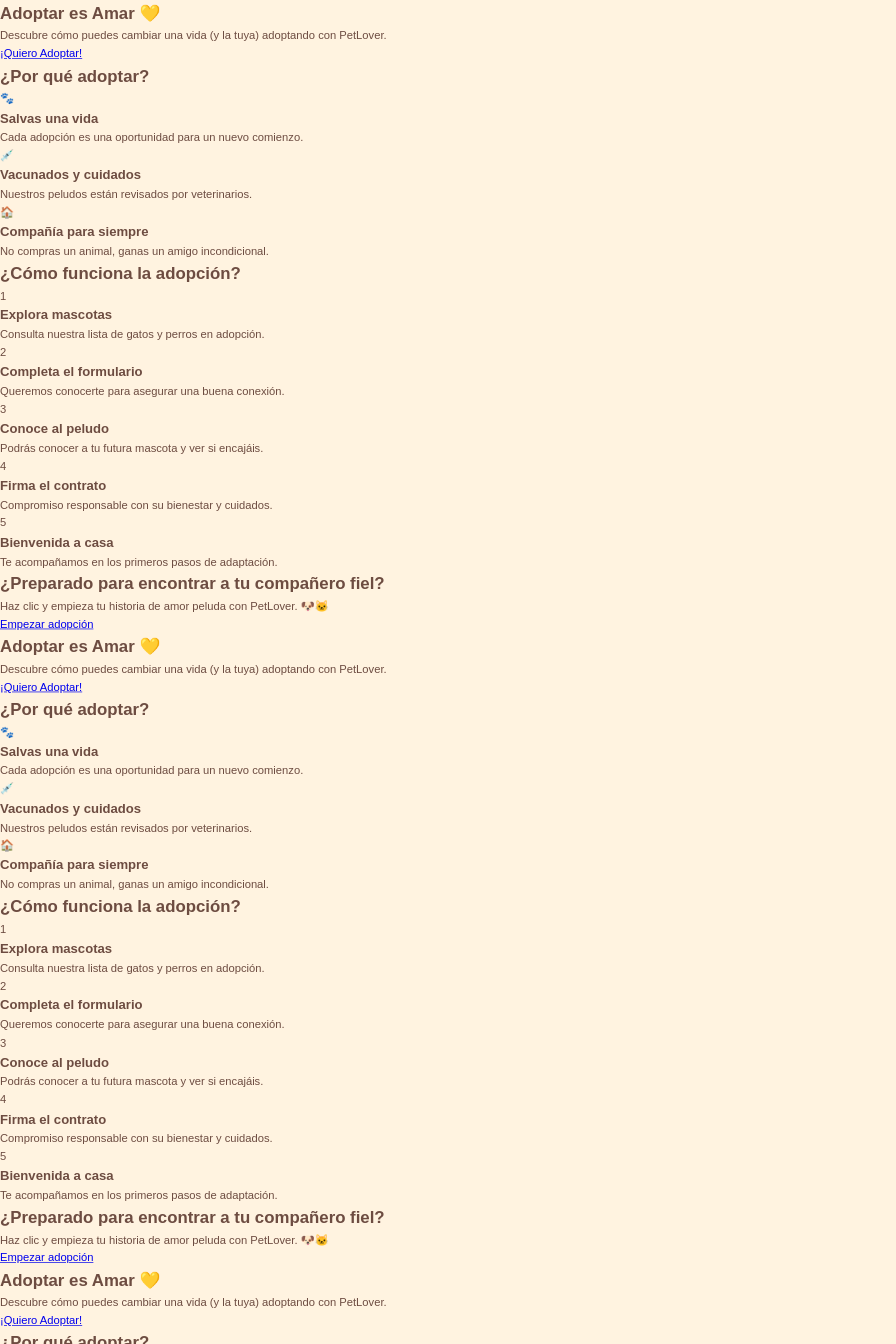
Repository: adriarodrisan/PetLover
Page: Paginas_web/Como_Adoptar.html
These files come from the project's save history. The page is drawn as it stood at one moment and after the next save; the edit follows.
The browser window is 1280 px wide. The pictures show the part of the page from y = 0 to 1920 px (the page is 2715 px tall before and 3075 px after), at 70% of full size.

Above is the page before, as saved 2025-05-07 14:08:35.

### Paginas_web/Como_Adoptar.html
<!DOCTYPE html>
<html lang="en">
<head>
    <meta charset="UTF-8">
    <meta name="viewport" content="width=device-width, initial-scale=1.0">
    <title>Cómo Adoptar | PetLover</title>
    <link rel="stylesheet" href="/Paginas_web/Css_Paginas/Como_Adoptar.css">
</head>
<body>
    <section class="hero-adopcion">
        <div class="contenedor-hero">
          <h1>Adoptar es Amar 💛</h1>
          <p>Descubre cómo puedes cambiar una vida (y la tuya) adoptando con PetLover.</p>
          <a href="#pasos" class="btn-hero">¡Quiero Adoptar!</a>
        </div>
      </section>
      <section class="bloques-beneficios">
        <h2>¿Por qué adoptar?</h2>
        <div class="grid-beneficios">
          <div class="card-beneficio">🐾 <h3>Salvas una vida</h3><p>Cada adopción es una oportunidad para un nuevo comienzo.</p></div>
          <div class="card-beneficio">💉 <h3>Vacunados y cuidados</h3><p>Nuestros peludos están revisados por veterinarios.</p></div>
          <div class="card-beneficio">🏠 <h3>Compañía para siempre</h3><p>No compras un animal, ganas un amigo incondicional.</p></div>
        </div>
      </section>
      <section class="seccion-pasos" id="pasos">
        <h2>¿Cómo funciona la adopción?</h2>
        <div class="pasos-flex">
          <div class="paso-item">
            <span>1</span>
            <h3>Explora mascotas</h3>
            <p>Consulta nuestra lista de gatos y perros en adopción.</p>
          </div>
          <div class="paso-item">
            <span>2</span>
            <h3>Completa el formulario</h3>
            <p>Queremos conocerte para asegurar una buena conexión.</p>
          </div>
          <div class="paso-item">
            <span>3</span>
            <h3>Conoce al peludo</h3>
            <p>Podrás conocer a tu futura mascota y ver si encajáis.</p>
          </div>
          <div class="paso-item">
            <span>4</span>
            <h3>Firma el contrato</h3>
            <p>Compromiso responsable con su bienestar y cuidados.</p>
          </div>
          <div class="paso-item">
            <span>5</span>
            <h3>Bienvenida a casa</h3>
            <p>Te acompañamos en los primeros pasos de adaptación.</p>
          </div>
        </div>
      </section>
      <section class="seccion-cta-final">
        <h2>¿Preparado para encontrar a tu compañero fiel?</h2>
        <p>Haz clic y empieza tu historia de amor peluda con PetLover. 🐶🐱</p>
        <a href="contrato_adopcion.html" class="btn-adoptar">Empezar adopción</a>
      </section>
</body>
</html>
<!DOCTYPE html>
<html lang="en">
<head>
    <meta charset="UTF-8">
    <meta name="viewport" content="width=device-width, initial-scale=1.0">
    <title>Cómo Adoptar | PetLover</title>
    <link rel="stylesheet" href="/Paginas_web/Css_Paginas/Como_Adoptar.css">
</head>
<body>
    <section class="hero-adopcion">
        <div class="contenedor-hero">
          <h1>Adoptar es Amar 💛</h1>
          <p>Descubre cómo puedes cambiar una vida (y la tuya) adoptando con PetLover.</p>
          <a href="#pasos" class="btn-hero">¡Quiero Adoptar!</a>
        </div>
      </section>
      <section class="bloques-beneficios">
        <h2>¿Por qué adoptar?</h2>
        <div class="grid-beneficios">
          <div class="card-beneficio">🐾 <h3>Salvas una vida</h3><p>Cada adopción es una oportunidad para un nuevo comienzo.</p></div>
          <div class="card-beneficio">💉 <h3>Vacunados y cuidados</h3><p>Nuestros peludos están revisados por veterinarios.</p></div>
          <div class="card-beneficio">🏠 <h3>Compañía para siempre</h3><p>No compras un animal, ganas un amigo incondicional.</p></div>
        </div>
      </section>
      <section class="seccion-pasos" id="pasos">
        <h2>¿Cómo funciona la adopción?</h2>
        <div class="pasos-flex">
          <div class="paso-item">
            <span>1</span>
            <h3>Explora mascotas</h3>
            <p>Consulta nuestra lista de gatos y perros en adopción.</p>
          </div>
          <div class="paso-item">
            <span>2</span>
            <h3>Completa el formulario</h3>
            <p>Queremos conocerte para asegurar una buena conexión.</p>
          </div>
          <div class="paso-item">
            <span>3</span>
            <h3>Conoce al peludo</h3>
            <p>Podrás conocer a tu futura mascota y ver si encajáis.</p>
          </div>
          <div class="paso-item">
            <span>4</span>
            <h3>Firma el contrato</h3>
            <p>Compromiso responsable con su bienestar y cuidados.</p>
          </div>
          <div class="paso-item">
            <span>5</span>
            <h3>Bienvenida a casa</h3>
            <p>Te acompañamos en los primeros pasos de adaptación.</p>
          </div>
        </div>
      </section>
      <section class="seccion-cta-final">
        <h2>¿Preparado para encontrar a tu compañero fiel?</h2>
        <p>Haz clic y empieza tu historia de amor peluda con PetLover. 🐶🐱</p>
        <a href="contrato_adopcion.html" class="btn-adoptar">Empezar adopción</a>
      </section>
</body>
</html>
<!DOCTYPE html>
<html lang="en">
<head>
    <meta charset="UTF-8">
    <meta name="viewport" content="width=device-width, initial-scale=1.0">
    <title>Cómo Adoptar | PetLover</title>
    <link rel="stylesheet" href="/Paginas_web/Css_Paginas/Como_Adoptar.css">
</head>
<body>
    <section class="hero-adopcion">
        <div class="contenedor-hero">
          <h1>Adoptar es Amar 💛</h1>
          <p>Descubre cómo puedes cambiar una vida (y la tuya) adoptando con PetLover.</p>
          <a href="#pasos" class="btn-hero">¡Quiero Adoptar!</a>
        </div>
      </section>
      <section class="bloques-beneficios">
        <h2>¿Por qué adoptar?</h2>
        <div class="grid-beneficios">
          <div class="card-beneficio">🐾 <h3>Salvas una vida</h3><p>Cada adopción es una oportunidad para un nuevo comienzo.</p></div>
          <div class="card-beneficio">💉 <h3>Vacunados y cuidados</h3><p>Nuestros peludos están revisados por veterinarios.</p></div>
          <div class="card-beneficio">🏠 <h3>Compañía para siempre</h3><p>No compras un animal, ganas un amigo incondicional.</p></div>
        </div>
      </section>
      <section class="seccion-pasos" id="pasos">
        <h2>¿Cómo funciona la adopción?</h2>
        <div class="pasos-flex">
          <div class="paso-item">
            <span>1</span>
            <h3>Explora mascotas</h3>
            <p>Consulta nuestra lista de gatos y perros en adopción.</p>
          </div>
          <div class="paso-item">
            <span>2</span>
            <h3>Completa el formulario</h3>
            <p>Queremos conocerte para asegurar una buena conexión.</p>
          </div>
          <div class="paso-item">
            <span>3</span>
            <h3>Conoce al peludo</h3>
            <p>Podrás conocer a tu futura mascota y ver si encajáis.</p>
          </div>
          <div class="paso-item">
            <span>4</span>
            <h3>Firma el contrato</h3>
            <p>Compromiso responsable con su bienestar y cuidados.</p>
          </div>
          <div class="paso-item">
            <span>5</span>
            <h3>Bienvenida a casa</h3>
            <p>Te acompañamos en los primeros pasos de adaptación.</p>
          </div>
        </div>
      </section>
      <section class="seccion-cta-final">
        <h2>¿Preparado para encontrar a tu compañero fiel?</h2>
        <p>Haz clic y empieza tu historia de amor peluda con PetLover. 🐶🐱</p>
        <a href="formulario_adopcion.html" class="btn-adoptar">Empezar adopción</a>
      </section>
</body>
</html>

### Paginas_web/Css_Paginas/Como_Adoptar.css
* {
    margin: 0;
    padding: 0;
    box-sizing: border-box;
  }
  body {
    font-family: 'Arial', sans-serif;
    background-color: #fff3e0;
    color: #6d4c41;
    line-height: 1.6;
  }

After the next save:
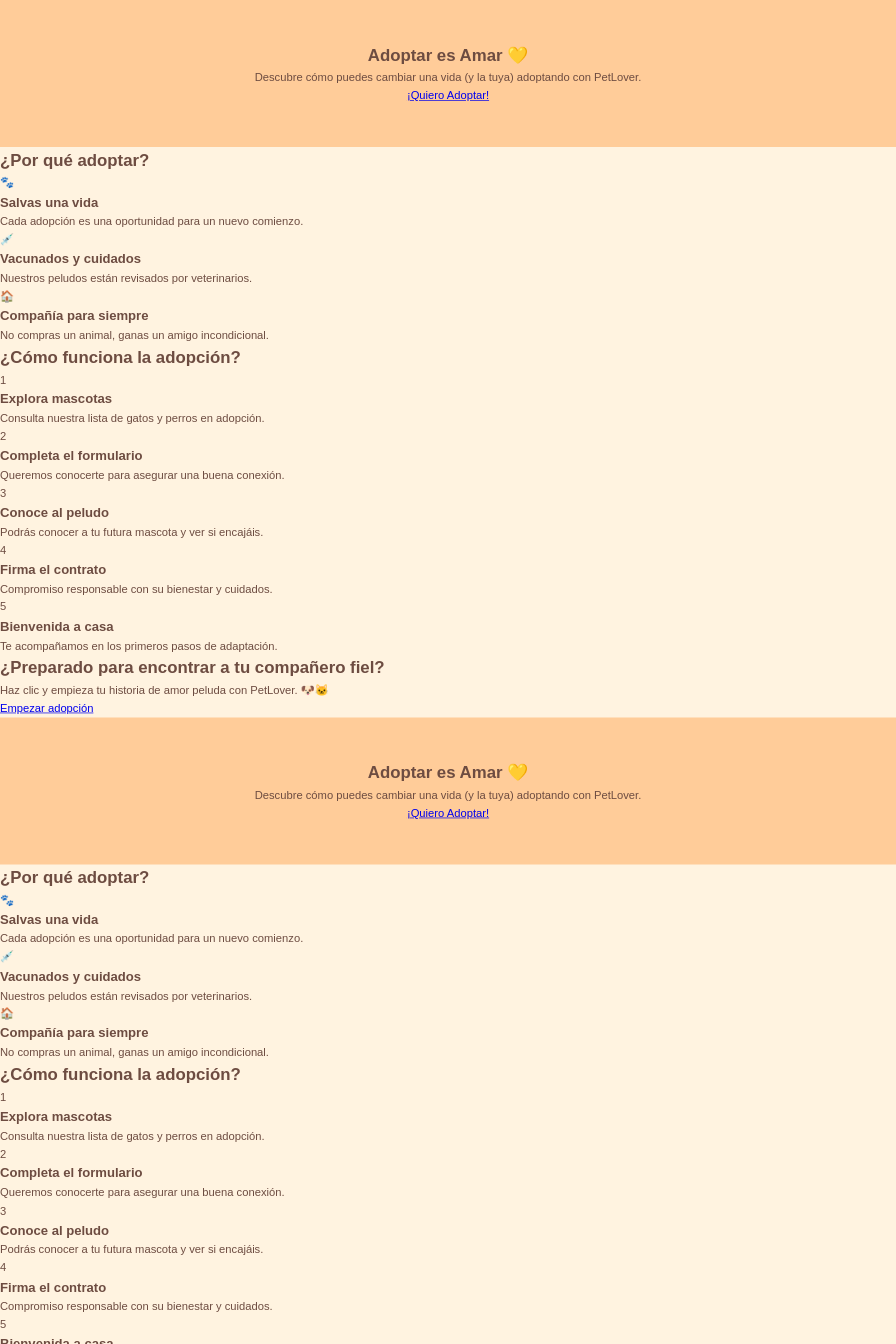
Saved 81 s later.
--- a/Paginas_web/Css_Paginas/Como_Adoptar.css
+++ b/Paginas_web/Css_Paginas/Como_Adoptar.css
@@ -9,3 +9,8 @@
     color: #6d4c41;
     line-height: 1.6;
   }
+  .hero-adopcion {
+    background-color: #ffcc99;
+    padding: 60px 20px;
+    text-align: center;
+  }
